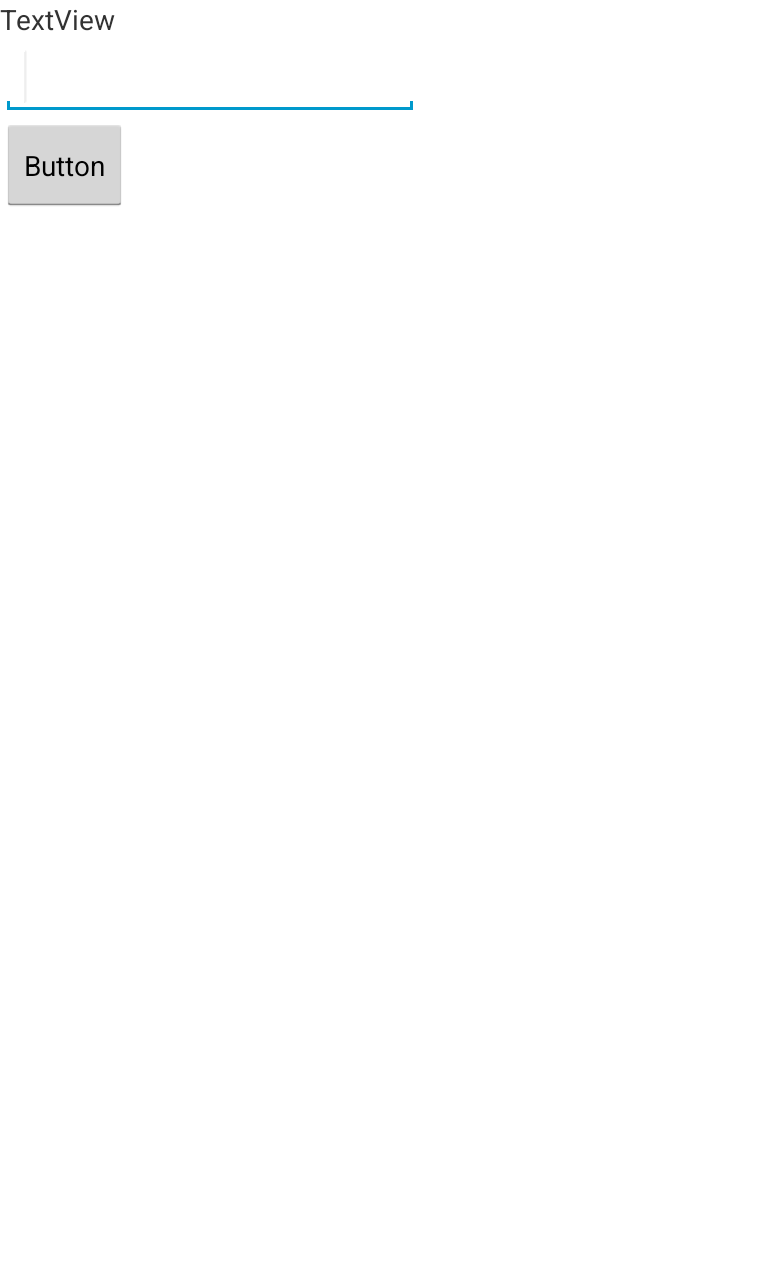
Repository: miguelcamposdev/cursoandroid
Layout: 01 Activities/PasoDeParametros/res/layout/activity_formulario.xml
These files come from the project's save history. The layout is drawn as it stood at one moment and after the next save; the edit follows.
It is drawn on a 768 x 1280 px phone screen (xhdpi) without system bars, with theme AppTheme; the app's code is not run.

Above is the layout before, as saved 2014-11-13 15:41:41.

After the next save:
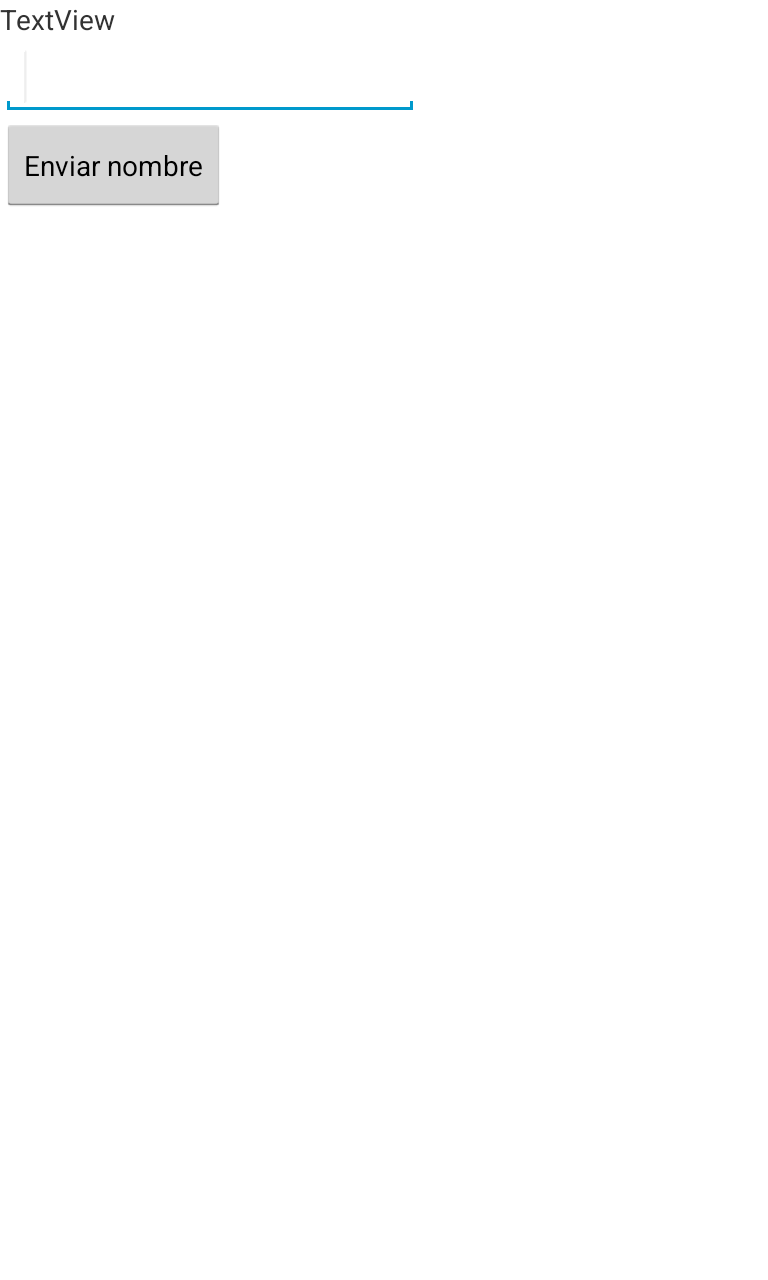
Saved 9 s later.
--- a/01 Activities/PasoDeParametros/res/layout/activity_formulario.xml
+++ b/01 Activities/PasoDeParametros/res/layout/activity_formulario.xml
@@ -28,6 +28,6 @@
         android:layout_height="wrap_content"
         android:layout_alignParentLeft="true"
         android:layout_below="@+id/editTextNombre"
-        android:text="Button" />
+        android:text="Enviar nombre" />
 
 </RelativeLayout>
